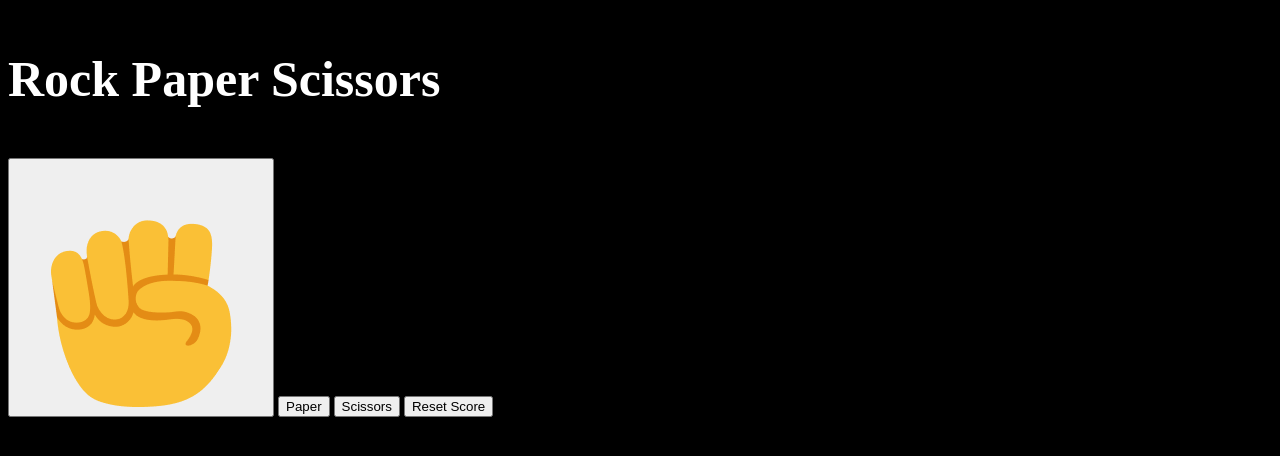
Repository: pgyunknown/Rock_paper_scissors-
Page: index.html
An editor plug-in stored every save of this project. The page is shown before and after the next save, followed by the edit.
The browser window is 1280 px wide. The pictures show the whole page.

Above is the page before, as saved 2024-08-30 16:58:12.

After the next save:
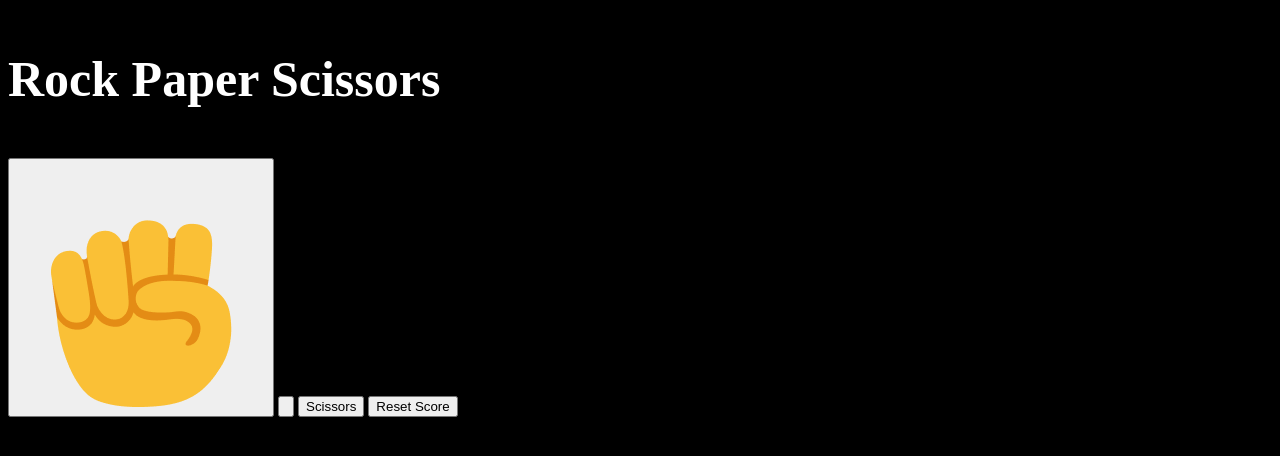
Saved 4 s later.
--- a/index.html
+++ b/index.html
@@ -13,7 +13,7 @@
 
     <button onclick="
       playGame('paper');
-    ">Paper</button>
+    "><img src="" alt=""></button>
 
     <button onclick="
       playGame('scissors');
